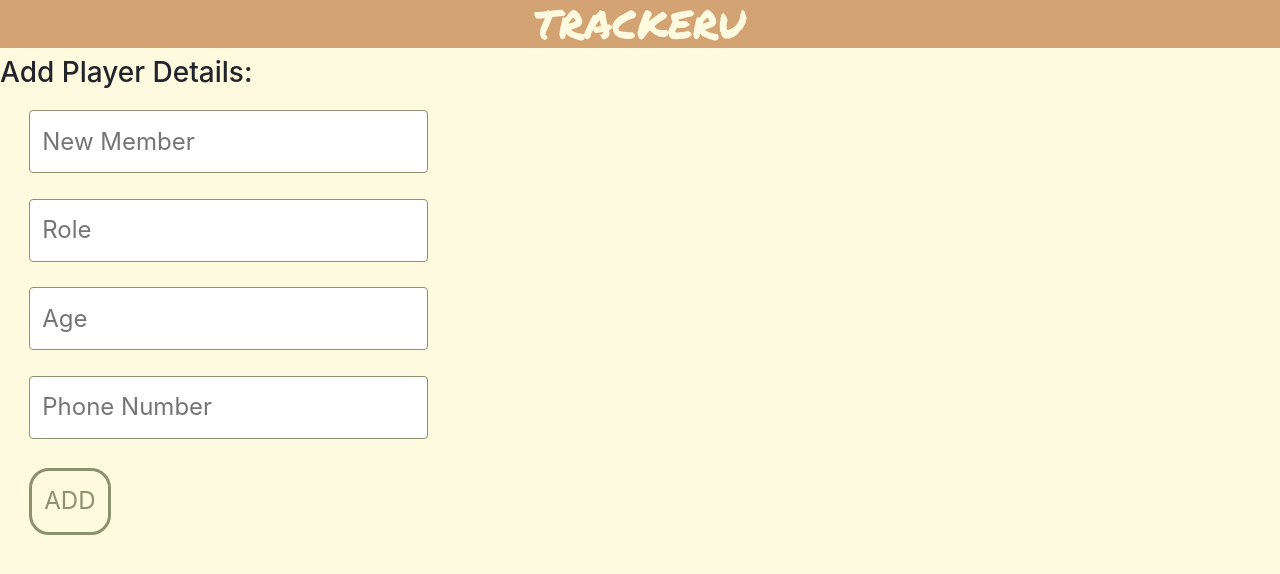
Repository: Aryaholmukhe/treasureHacks
Page: http://localhost/player
An editor plug-in stored every save of this project. The page is shown before and after the next save, followed by the edit.
The browser window is 1280 px wide. The pictures show the whole page.
The page is served by the project's Node server (server.js).

Above is the page before, as saved 2022-03-27 00:34:47.

After the next save:
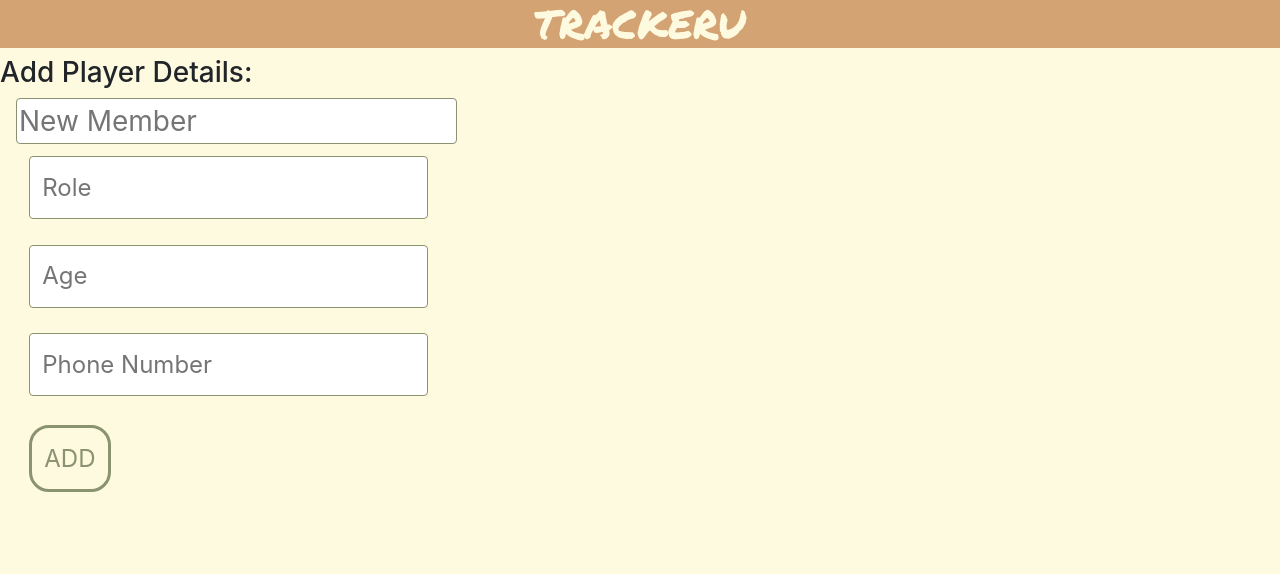
Saved 74 s later.
--- a/views/signup/player.ejs
+++ b/views/signup/player.ejs
@@ -25,7 +25,7 @@
     <h3 class="pl">Add Player Details:</h3>
 
     <form class="ml-3" action="/" method="post">
-        <input class="rounded" style="border: 1px solid #8A926F; font-size: 24px; margin:1%; padding:1%;" type="text"
+        <input class="rounded" style="border: 1px solid #8A926F; background-color: none; border-radius: 50px; font-size: 28px"" type="text"
             name="newPlayer" placeholder="New Member" autocomplete="off">
         <br>
         <input class="rounded" style="border: 1px solid #8A926F; font-size: 24px; margin:1%; padding:1%;" type="text"

After the 2 saves that followed:
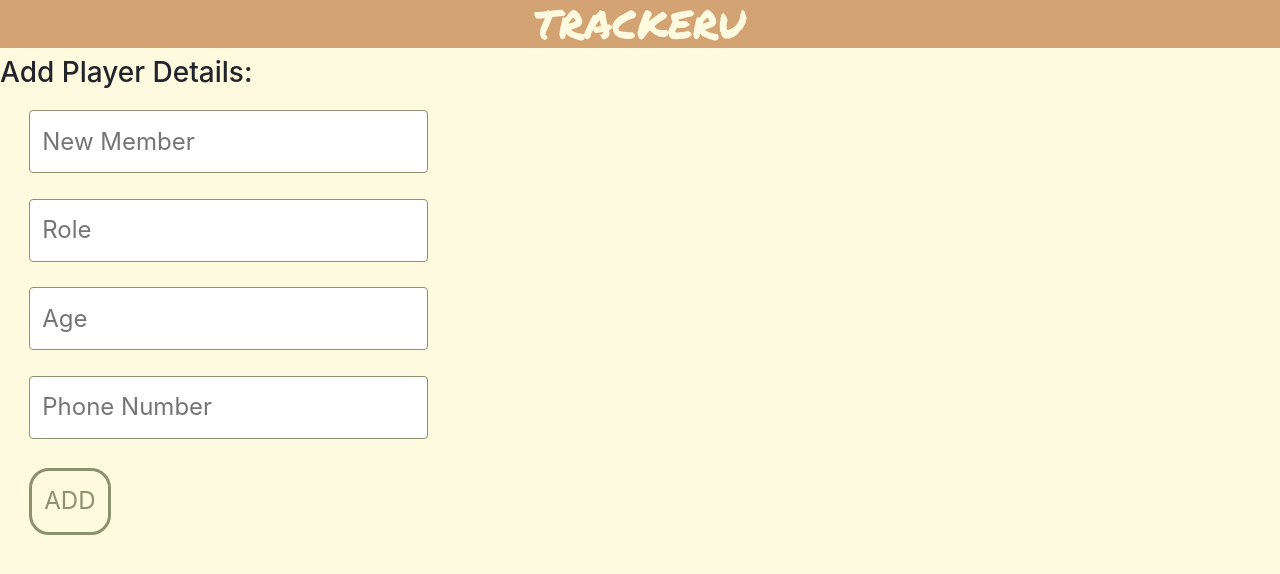
The 2 saves are shown as one change because they came seconds apart.
The last was saved 12 s later.
--- a/views/signup/player.ejs
+++ b/views/signup/player.ejs
@@ -25,7 +25,7 @@
     <h3 class="pl">Add Player Details:</h3>
 
     <form class="ml-3" action="/" method="post">
-        <input class="rounded" style="border: 1px solid #8A926F; background-color: none; border-radius: 50px; font-size: 28px"" type="text"
+        <input class="rounded" style="border: 1px solid #8A926F; font-size: 24px; margin:1%; padding:1%;" type="text"
             name="newPlayer" placeholder="New Member" autocomplete="off">
         <br>
         <input class="rounded" style="border: 1px solid #8A926F; font-size: 24px; margin:1%; padding:1%;" type="text"
